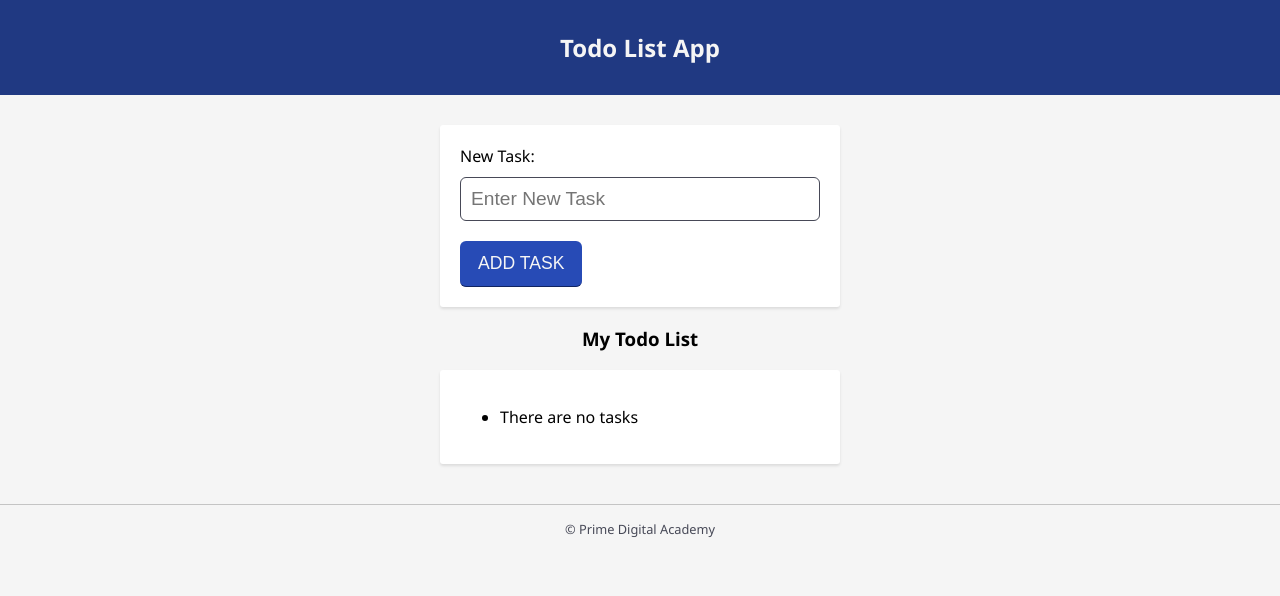
Repository: ryanmgregory/ursus-todo-list
Page: index.html
An editor plug-in stored every save of this project. The page is shown before and after the next save, followed by the edit.
The browser window is 1280 px wide. The pictures show the whole page.

Above is the page before, as saved 2020-03-19 23:06:31.

After the next save:
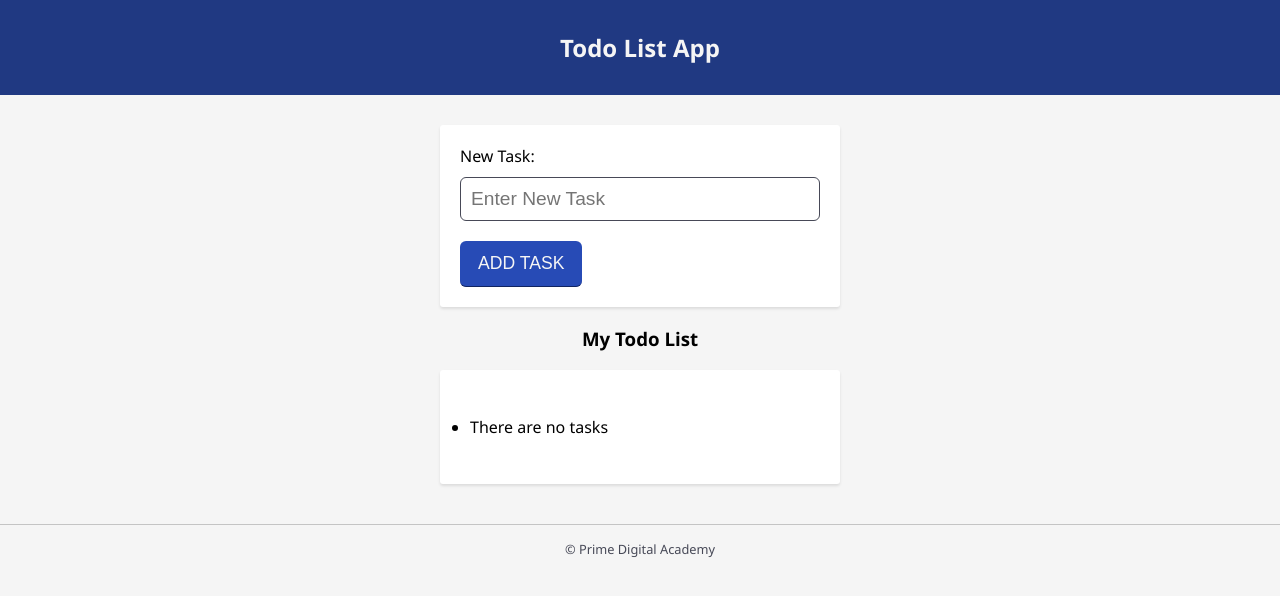
Saved 10 s later.
--- a/index.html
+++ b/index.html
@@ -28,12 +28,13 @@
     <h3>My Todo List</h3>
     <!-- <UL> <OL single item: "There are no tasks in it"/>  -->
     <div class="panel">
-      <div class="stackedList"></div>
-      <ul class="js-unordered-list">
-        <li class="js-single-item-list">
-          There are no tasks
-        </li>
-      </ul>
+      <div class="stackedList">
+        <ul class="js-unordered-list">
+          <li class="js-single-item-list">
+            There are no tasks
+          </li>
+        </ul>
+      </div>
     </div>
     <footer class="footer">
       &copy; Prime Digital Academy

After the 2 saves that followed:
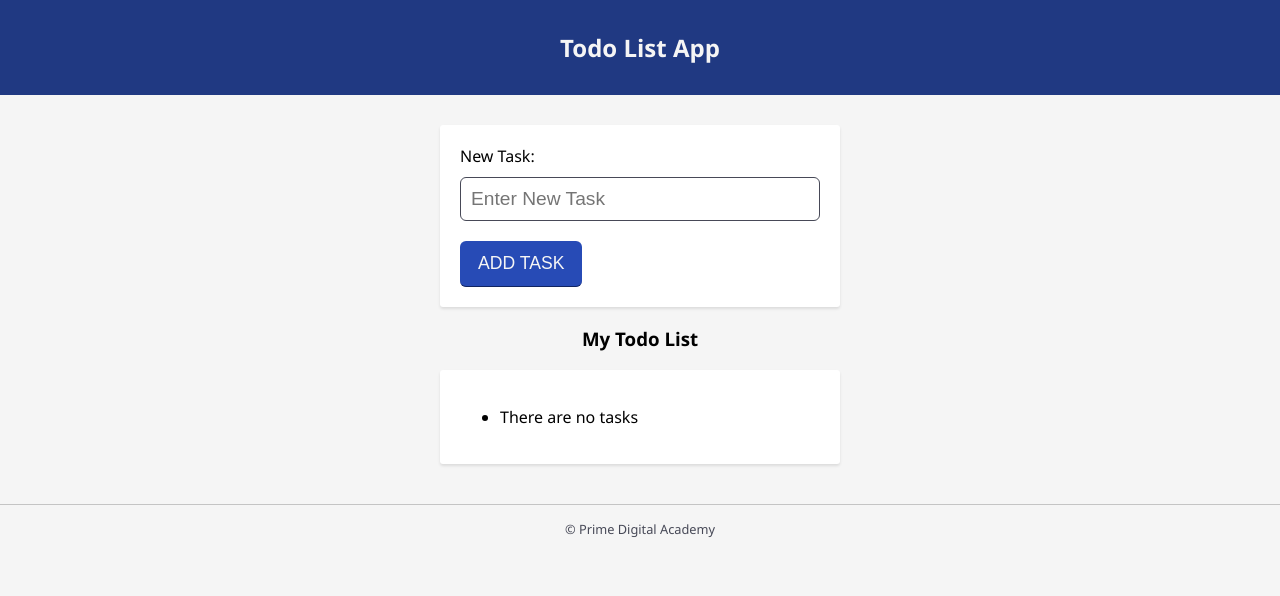
The 2 saves are shown as one change because 1 left the picture as it was.
The last was saved 44 s later.
--- a/index.html
+++ b/index.html
@@ -28,13 +28,11 @@
     <h3>My Todo List</h3>
     <!-- <UL> <OL single item: "There are no tasks in it"/>  -->
     <div class="panel">
-      <div class="stackedList">
-        <ul class="js-unordered-list">
-          <li class="js-single-item-list">
-            There are no tasks
-          </li>
-        </ul>
-      </div>
+      <ul class="js-unordered-list">
+        <li class="js-single-item-list">
+          There are no tasks
+        </li>
+      </ul>
     </div>
     <footer class="footer">
       &copy; Prime Digital Academy
--- a/javascript.js
+++ b/javascript.js
@@ -4,7 +4,7 @@ const todoArray = [];
 
 function init() {
   $(".js-form-add").on("click", ".btn", addTask);
-  $(".js-unordered-list").on("click", ".js-btn-complete", toggleBtn);
+  // $(".js-unordered-list").on("click", ".js-btn-complete", toggleBtn);
 }
 
 const taskObject = {
